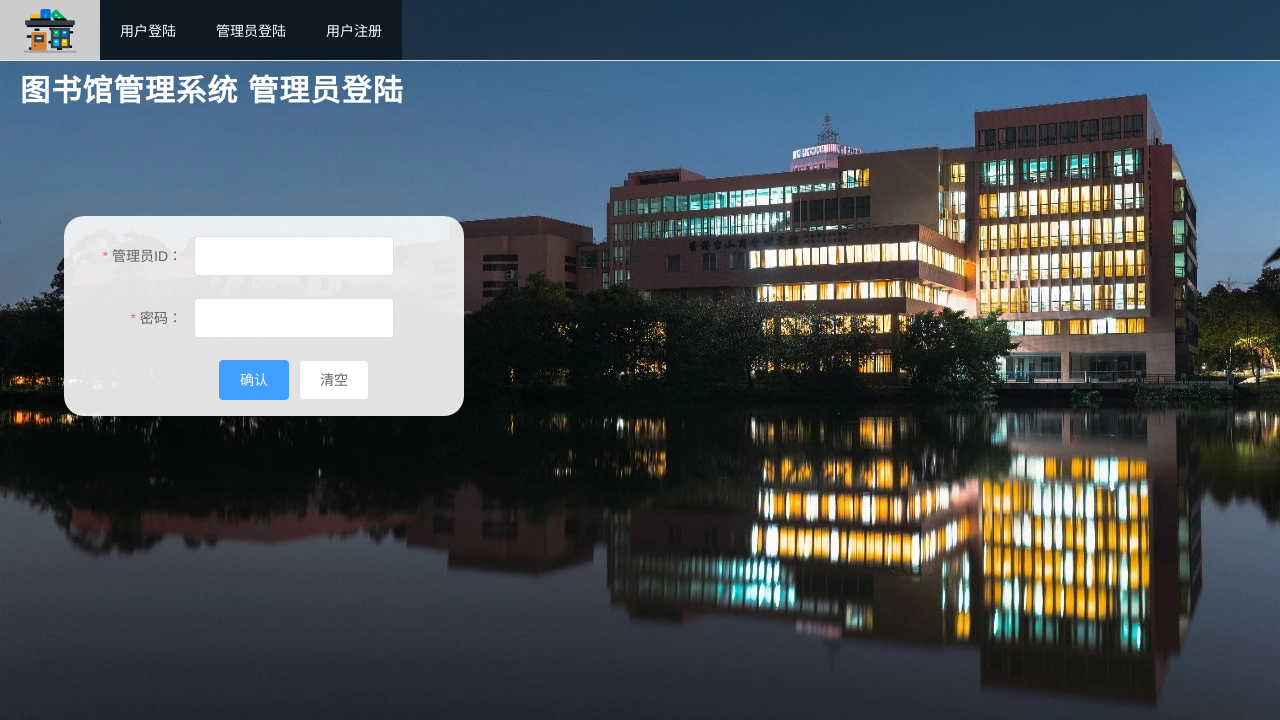
Repository: Akron-xz/helloVue
Page: /#/admin (app in vue-library/)
An editor plug-in stored every save of this project. The page is shown before and after the next save, followed by the edit.
The browser window is 1280 px wide. The pictures show the whole page.
The project was rebuilt for these pictures with package versions that can differ from the ones it lists, and the page was loaded fresh each time. Also part of the build but not shown: vue-library/src/views/Home.vue.

Above is the page before, as saved 2020-11-25 10:23:53.

### vue-library/src/main.js
import Vue from 'vue'
import App from './App.vue'
import ElementUI from 'element-ui';
import 'element-ui/lib/theme-chalk/index.css';
import axios from "axios"
import router from './router'
import Router from 'vue-router'

const routerPush = Router.prototype.push
Router.prototype.push = function push(location) {
    return routerPush.call(this, location).catch(error => error)
}

Vue.config.productionTip = false
Vue.use(ElementUI);
Vue.prototype.$axios = axios;


new Vue({
    router,
    render: h => h(App)
}).$mount('#app')

### vue-library/src/router/index.js
import Vue from 'vue'
import VueRouter from 'vue-router'
import Home from '../views/Home.vue'


Vue.use(VueRouter)

const routes = [{
        path: '/',
        name: 'Home',
        component: Home
    },
    {
        path: '/about',
        name: 'About',
        // route level code-splitting
        // this generates a separate chunk (about.[hash].js) for this route
        // which is lazy-loaded when the route is visited.
        component: () =>
            import ( /* webpackChunkName: "about" */ '../views/About.vue')
    },
    {
        path: '/admin',
        name: 'Admin',
        // route level code-splitting
        // this generates a separate chunk (about.[hash].js) for this route
        // which is lazy-loaded when the route is visited.
        component: () =>
            import ( /* webpackChunkName: "about" */ '../views/Administrator.vue')
    },
    {
        path: "/userLogin",
        name: "UserLogin",
        component: () =>
            import ('../views/UserLogin.vue')
    },
    {
        path: "/user",
        name: "User",
        component: () =>
            import ( /* webpackChunkName: "about" */ '../views/User.vue')
    },
    {
        path: "/signup",
        name: "SignUp",
        component: () =>
            import ('../views/SignUp.vue')
    },
    {
        path: "/adminmain",
        name: "AdminMain",
        component: () =>
            import ('../views/AdminMain.vue')
    },
    {

        path: "/MyInformation",
        name: "MyInformation",
        component: () =>
            import ('../views/MyInformation.vue')
    },
    {
        path: "/library",
        name: "Library",
        component: () =>
            import ( /* webpackChunkName: "about" */ '../views/Library.vue')

    },
    {
        path: "/modifymsg",
        name: "ModifyMsg",
        component: () =>
            import ('../views/ModifyMsg.vue')
    },
    {
        path: "/borrowhistory",
        name: "BorrowHistory",
        component: () =>
            import ('../views/BorrowHistory.vue')
    },
    {
        path: "/newissue",
        name: "NewIssue",
        component: () =>
            import ('../views/NewIssue.vue')
    },
    {
        path: "/booksearch",
        name: "BookSearch",
        component: () =>
            import ('../views/BookSearch.vue')
    },
    {
        path: "/MyBookshelves",
        name: "MyBookshelves",
        component: () =>
            import ('../views/MyBookshelves.vue')
    },
    {
        path: "/modifyAnnounce",
        name: "ModifyAnnounce",
        component: () =>
            import ('../views/ModifyAnnounce.vue')
    },
    {
        path: "/statistics",
        name: "Statistics",
        component: () =>
            import ('../views/Statistics.vue')
    },


]

const router = new VueRouter({
    routes
})

export default router

### vue-library/src/views/Administrator.vue
<template>
  <div class="admin-login-container">
  <homeNavigation></homeNavigation>
    <el-header>图书馆管理系统  管理员登陆</el-header>
    <div class="adminBox">
      <el-form
        :model="ruleForm2"
        status-icon
        :rules="rules2"
        ref="ruleForm2"
        label-width="100px"
        class="demo-ruleForm"
      >
        <el-form-item label="管理员ID：" prop="adminId">
          <el-input v-model.number="ruleForm2.adminId"></el-input>
        </el-form-item>
        <el-form-item label="密码：" prop="pwd">
          <el-input
            type="password"
            v-model="ruleForm2.pwd"
            auto-complete="off"
            oncopy="return false"
            onpaste="return false"
            oncut="return false"
          ></el-input>
        </el-form-item>
        <el-form-item>
          <el-button type="primary" @click="submitForm('ruleForm2')"
            >确认</el-button
          >
          <el-button @click="resetForm('ruleForm2')">清空</el-button>
        </el-form-item>
      </el-form>
    </div>

  </div>
</template>


<script>
import axios from "axios"
import homeNavigation from '@/components/homeNav.vue'
  export default {
    components:{
        homeNavigation
    },
    data() {
      var checkadminId = (rule, value, callback) => {
        if (!value) {
          return callback(new Error('ID不能为空'));
        }
        setTimeout(() => {
          if (!Number.isInteger(value)) {
            callback(new Error('请输入数字'));
          } else {
            callback();
          }
        }, 1000);
      };
      var validatepwd = (rule, value, callback) => {
        if (value === '') {
          callback(new Error('请输入密码'));
        } else {
          if (this.ruleForm2.checkpwd !== "") {
          this.$refs.ruleForm2.validateField("checkpwd");
        }
          callback();
        }

    };


    return {
      ruleForm2: {
        adminId: "",
        pwd: "",
      },

      admin: [],

      rules2: {
        pwd: [{ required: true,validator: validatepwd, trigger: "blur" }],
        adminId: [{ required: true,validator: checkadminId, trigger: "blur" }],
      },
    };
  },
  methods: {
    submitForm(formName2) {
      this.$refs[formName2].validate((valid) => {
        if (valid) {
          axios({
            method: "post",
            url: "http://localhost:8081/login",
            params: {
              id: parseInt(this.ruleForm2.adminId),
              password: this.ruleForm2.pwd,
            },
          }).then((res) => {
            // 获取后台返回的数据
            // 若有就得到json，若无就得到空
            this.admin = res.data;
            console.log(this.admin);
            // 结果是undefined
            // 应该是数组的大小被改变后length就为undefined
            console.log(this.admin.length);
            console.log("密码");
            console.log(this.admin.password);

            // identity=1，表示是管理员身份
            if (this.admin) {
              if (this.admin.identity == 1) {
                // console.log("登陆成功");
                this.$message({
                  message: "登录成功",
                  type: "success",
                });
                // 路由跳转到管理员主页
                this.$router.push({ path: "/adminmain" });
              } else {
                this.$message({
                message: '普通用户请在普通用户页面登录',
                type: 'warning'
              });
              // 跳转到普通用户登录界面
              this.$router.push({ path: "/userLogin" });
              }
            } else {
              this.$message({
                  message: "登录失败！请检查你的账号和密码是否正确。",
                  type: "error",
                });
                this.ruleForm2.adminId = "";
                this.ruleForm2.pwd = "";
            }
          });
        } else {
          console.log("错误的表单提交");
          return false;
        }
      });
    },
    resetForm(formName) {
      this.$refs[formName].resetFields();
    },
  },
};
</script>


<style scoped>
.admin-login-container {
  position: fixed;
  left: 0;
  top: 0;
  width: 100%;
  height: 100%;
  background-image: url(/img/divBg/bg32.jpg);
  background-size: 100% 100%;
}

.el-header {
    text-align: left;
    line-height: 60px;
    font-weight: 1000;
    font-size: 30px;
    color:white;
    letter-spacing: 0.04em;

}

.demo-ruleForm {
  position: absolute;
  right: 70px;
  top: 20px;
  width: 300px;
  height: 50px;
}

.adminBox {
  position: absolute;
  top: 30%;
  left: 5%;
  width: 400px;
  height: 200px;
  border-radius: 20px;
  background: #ffffffe1;
}

.img {
  margin-left: 100px;
  height: 100px;
  width: 1000px;
}


</style>

### vue-library/src/components/homeNav.vue
<template>

    <div class="navigation-bar">
        <el-menu
            class="el-menu-demo"
            mode="horizontal"
            @select="handleSelect"
            background-color="#00000080"
            text-color="#ffffff"
            text-font="15px"
            border="none"
            >


            <el-menu-item index="1" @click="toMain">
                <img src="/img/libraryIcon.png" alt="" target="_self" class="libraryIcon">
            </el-menu-item>

            <el-menu-item index="2" @click="toLogin">
                <a  target="_self"  >用户登陆</a>
            </el-menu-item>

            <el-menu-item index="3" @click="toAdministrator">
                <a  target="_self">管理员登陆</a>
            </el-menu-item>

            <el-menu-item index="4" @click="toSignUp">
                <a  target="_self">用户注册</a>
            </el-menu-item>

            <!-- <el-menu-item index="5" @click="toLibrary">
                <a  target="_self">图书馆</a>
            </el-menu-item> -->

            <!-- <el-menu-item index="6" class="exitIcon">
                <img src="/img/logoutIcon.png" alt="" target="_self" class="logoutIcon">
            </el-menu-item> -->

            <!-- <el-menu-item index="6" @click="toMain">
                <a  target="_self">返回主页</a>
            </el-menu-item> -->
        </el-menu>

    </div>
</template>

<script>
export default {
    name:"Nav",
    data() {
      return {
        activeIndex: '1'
      }
    },
    methods: {
    handleSelect(key, keyPath) {
      console.log(key, keyPath);
    },
    toMain(){
      this.$router.push({path:'/'});
    },

    toLogin(){
      this.$router.push({path:'/UserLogin'});
    },
    toAdministrator(){
      this.$router.push({path:'/Admin'});
    },
    toSignUp(){
      this.$router.push({path:'/SignUp'});
    },




  },

}
</script>>

<style scoped>
.libraryIcon{
  height: 60px;
  width: 60px;
}

.exitIcon{
  float: right;
}

.logoutIcon{
  height: 40px;
  width: 40px;
}

</style>>

Loaded but not shown: vue-library/public/index.html (common file); vue-library/src/App.vue (common file)

After the next save:
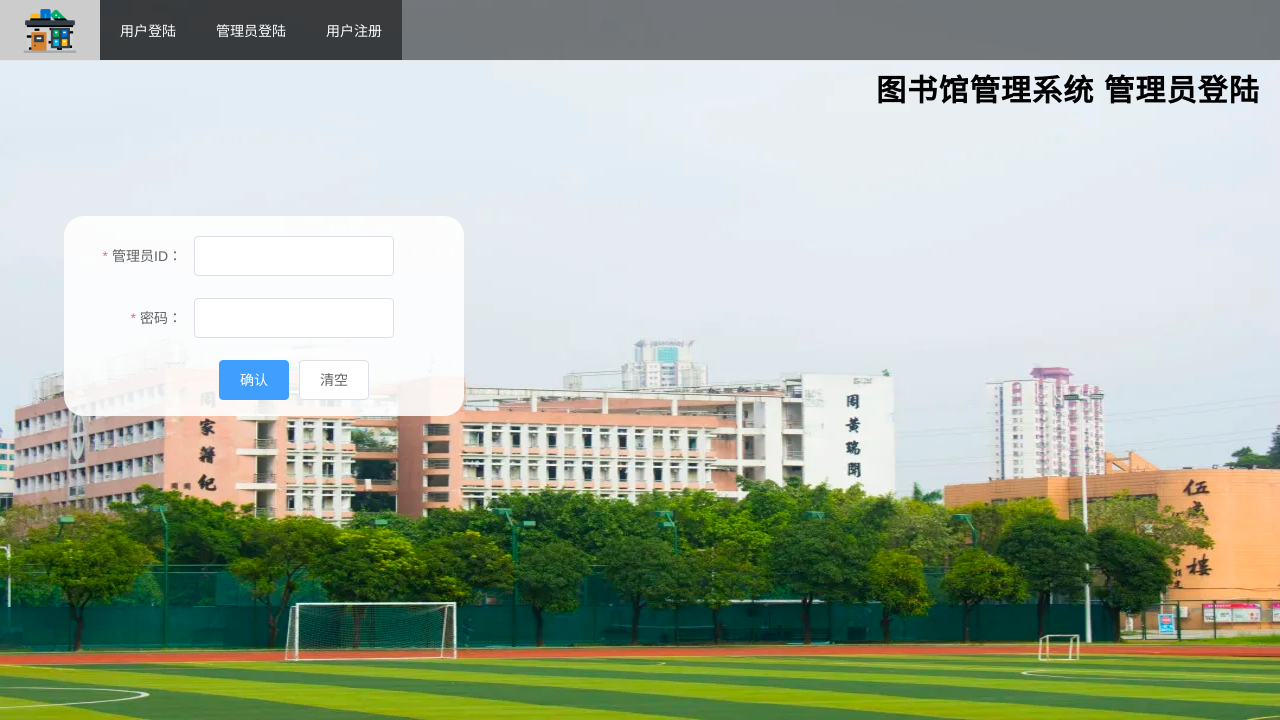
Saved 4 s later.
--- a/vue-library/src/views/Administrator.vue
+++ b/vue-library/src/views/Administrator.vue
@@ -110,12 +110,20 @@ import homeNavigation from '@/components/homeNav.vue'
             if (this.admin) {
               if (this.admin.identity == 1) {
                 // console.log("登陆成功");
-                this.$message({
+                if(this.user.password!=this.ruleForm2.pwd){
+                  this.$message({
+                  message: "登录失败！请检查你的密码是否正确。",
+                  type: "error",
+                })
+                }else{
+                  this.$message({
                   message: "登录成功",
                   type: "success",
                 });
                 // 路由跳转到管理员主页
                 this.$router.push({ path: "/adminmain" });
+                }
+
               } else {
                 this.$message({
                 message: '普通用户请在普通用户页面登录',
@@ -154,16 +162,16 @@ import homeNavigation from '@/components/homeNav.vue'
   top: 0;
   width: 100%;
   height: 100%;
-  background-image: url(/img/divBg/bg32.jpg);
+  background-image: url(/img/divBg/bg22.jpg);
   background-size: 100% 100%;
 }
 
 .el-header {
-    text-align: left;
+    text-align: right;
     line-height: 60px;
     font-weight: 1000;
     font-size: 30px;
-    color:white;
+    color:black;
     letter-spacing: 0.04em;
 
 }
